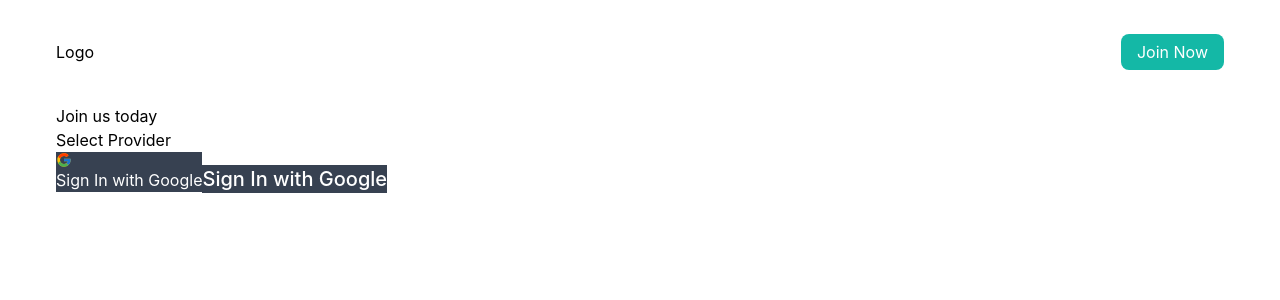
Repository: arafatmollah/auth-app
Page: /auth/login
An editor plug-in stored every save of this project. The page is shown before and after a run of saves, followed by the edit.
The browser window is 1280 px wide. The pictures show the whole page.
The project was rebuilt for these pictures with package versions that can differ from the ones it lists, and the page was loaded fresh each time. The framework's server and built-in components were replaced by stand-ins that run in the browser. Also part of the build but not shown: next.config.js.

Above is the page before, as saved 2022-10-03 21:05:40.

### pages/_app.js
import '../styles/globals.css'
import Layout from '../components/Layout'

function MyApp({ Component, pageProps }) {
 return(
  <Layout>
  <Component {...pageProps} />
 </Layout>
 )
}

export default MyApp

### pages/auth/login.js
import React from 'react'
import {FcGoogle} from 'react-icons/fc'

export default function () {
  return (
    <div>
        <h2>Join us today</h2>
        <div>
            <p>Select Provider</p>
            <div>
                <button className='bg-gray-700 text-white'>
                    <FcGoogle></FcGoogle>
                    Sign In with Google</button>
                <button className='bg-gray-700 text-white text-xl font-medium'>Sign In with Google</button>
            </div>
        </div>
    </div>
  )
}

### components/Layout.js
import React from 'react'
import Nav from './Nav'

export default function Layout({children}) {
  return (
    <div className='mx-14'>
       <Nav></Nav>
        <main>
        {children}
        </main>
        </div>
  )
}

### components/Nav.js
import React from 'react'
import Link from 'next/link'

function Nav() {
  return (
    <div>
        <nav className='flex justify-between items-center py-10'>
        <Link href="/">Logo</Link>
        <ul>
            <Link href="/auth">
            <a className='py-2 px-4 bg-teal-500 my-5 rounded-lg text-white'>Join Now</a>
            </Link>
        </ul>
        </nav>
    </div>
  )
}

export default Nav

Loaded but not shown: styles/globals.css (common file); tailwind.config.js (common file)

After the next 2 saves:
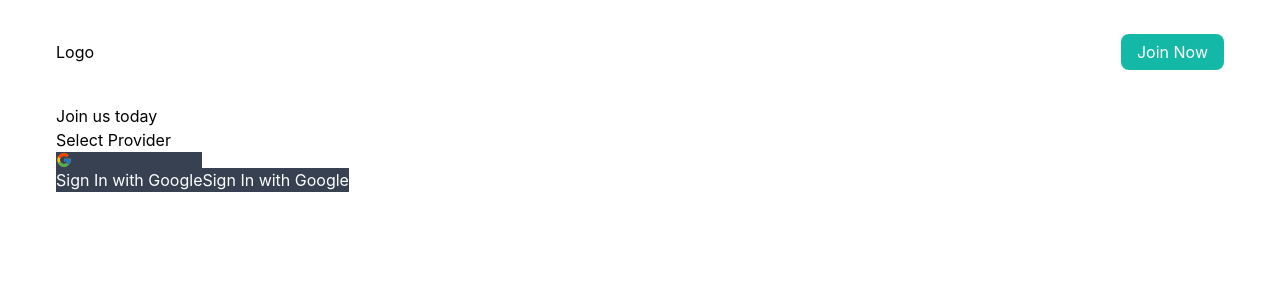
The 2 saves are shown as one change because 1 did not build or start.
The last was saved 18 s later.
--- a/pages/auth/login.js
+++ b/pages/auth/login.js
@@ -11,7 +11,7 @@ export default function () {
                 <button className='bg-gray-700 text-white'>
                     <FcGoogle></FcGoogle>
                     Sign In with Google</button>
-                <button className='bg-gray-700 text-white text-xl font-medium'>Sign In with Google</button>
+                <button className='bg-gray-700 text-white'>Sign In with Google</button>
             </div>
         </div>
     </div>
